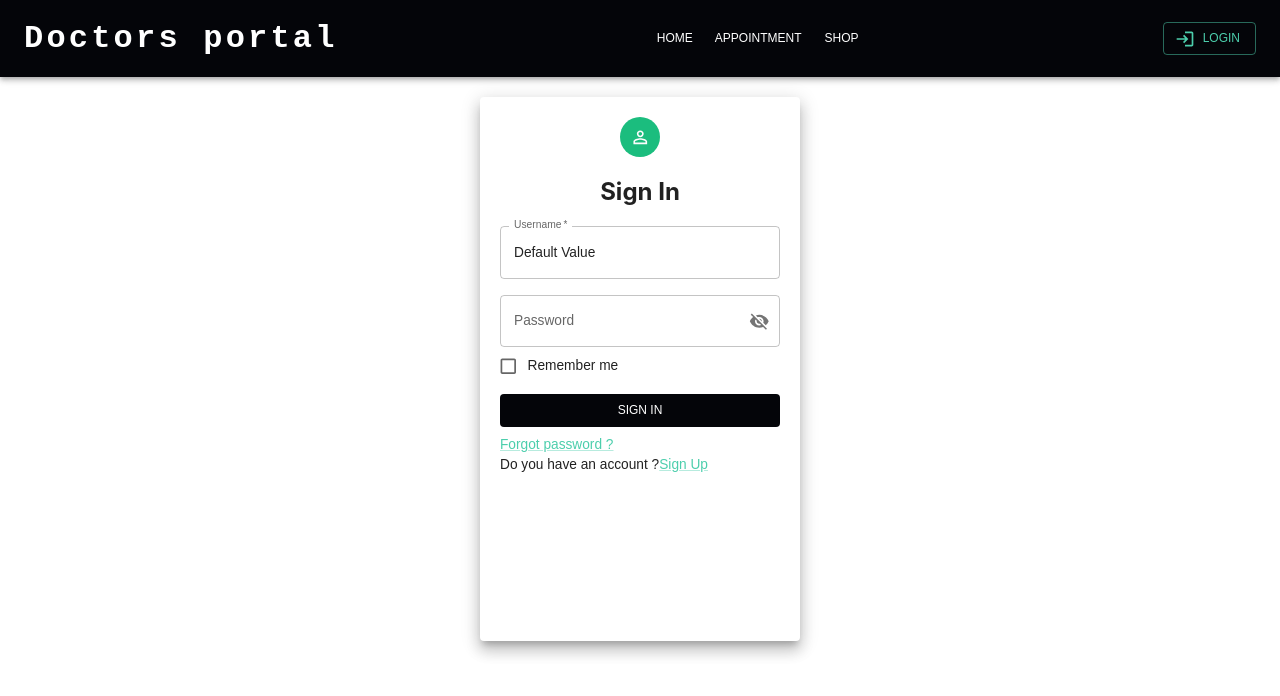
Repository: mdrubel02/health-care
Page: /login
These files come from the project's save history. The page is drawn as it stood at one moment and after the next save; the edit follows.
The browser window is 1280 px wide. The pictures show the whole page.
The project was rebuilt for these pictures with package versions that can differ from the ones it lists, and the page was loaded fresh each time. Also part of the build but not shown: src/Pages/Appointment/Appointment.js, src/Pages/Home/Banner/Banner.js, src/Pages/Home/Information/Information.js, src/Pages/Home/Services/Services.js, src/Pages/Home/Home.js, src/Animation/index.js, src/Styles/Product/index.js, src/Pages/Shop/ProductMeta.js and 4 more.

Above is the page before, as saved 2022-11-20 18:26:22.

### src/index.js
import React from 'react';
import ReactDOM from 'react-dom';
import './index.css';
import App from './App';
import reportWebVitals from './reportWebVitals';
import { ColorContextProvider } from './Theme/Theme';

ReactDOM.render(
  <React.StrictMode>
    <ColorContextProvider>
      <App />
    </ColorContextProvider>
  </React.StrictMode>,
  document.getElementById('root')
);

// If you want to start measuring performance in your app, pass a function
// to log results (for example: reportWebVitals(console.log))
// or send to an analytics endpoint. Learn more: https://bit.ly/CRA-vitals
reportWebVitals();

### src/App.js
import { RouterProvider } from 'react-router-dom';
import router from './Layout/router';

function App() {
  return (
    <div>
     <RouterProvider router={router}></RouterProvider>
    </div>
  );
}

export default App;

### src/Theme/Theme.js
import { createTheme, ThemeProvider } from "@mui/material";
import { createContext, useMemo, useState } from "react";

// color design tokens export
export const DrawerWidth = 250;
export const tokens = (mode) => ({
    ...(mode === "dark"
        ? {
            grey: {
                100: "#e0e0e0",
                200: "#c2c2c2",
                300: "#a3a3a3",
                400: "#858585",
                500: "#666666",
                600: "#525252",
                700: "#3d3d3d",
                800: "#292929",
                900: "#141414",
            },
            primary: {
                100: "#d0d1d5",
                200: "#a1a4ab",
                300: "#727681",
                400: "#1F2A40",
                500: "#141b2d",
                600: "#101624",
                700: "#0c101b",
                800: "#080b12",
                900: "#040509",
            },
            greenAccent: {
                100: "#dbf5ee",
                200: "#b7ebde",
                300: "#94e2cd",
                400: "#70d8bd",
                500: "#4cceac",
                600: "#3da58a",
                700: "#2e7c67",
                800: "#1e5245",
                900: "#0f2922",
            },
            redAccent: {
                100: "#f8dcdb",
                200: "#f1b9b7",
                300: "#e99592",
                400: "#e2726e",
                500: "#db4f4a",
                600: "#af3f3b",
                700: "#832f2c",
                800: "#58201e",
                900: "#2c100f",
            },
            blueAccent: {
                100: "#e1e2fe",
                200: "#c3c6fd",
                300: "#a4a9fc",
                400: "#868dfb",
                500: "#6870fa",
                600: "#535ac8",
                700: "#3e4396",
                800: "#2a2d64",
                900: "#151632",
            },
        }
        : {
            grey: {
                100: "#141414",
                200: "#292929",
                300: "#3d3d3d",
                400: "#525252",
                500: "#666666",
                600: "#858585",
                700: "#a3a3a3",
                800: "#c2c2c2",
                900: "#e0e0e0",
            },
            primary: {
                100: "#040509",
                200: "#080b12",
                300: "#0c101b",
                400: "#f2f0f0", // manually changed
                500: "#141b2d",
                600: "#1F2A40",
                700: "#727681",
                800: "#a1a4ab",
                900: "#d0d1d5",
            },
            greenAccent: {
                100: "#0f2922",
                200: "#1e5245",
                300: "#2e7c67",
                400: "#3da58a",
                500: "#4cceac",
                600: "#70d8bd",
                700: "#94e2cd",
                800: "#b7ebde",
                900: "#dbf5ee",
            },
            redAccent: {
                100: "#2c100f",
                200: "#58201e",
                300: "#832f2c",
                400: "#af3f3b",
                500: "#db4f4a",
                600: "#e2726e",
                700: "#e99592",
                800: "#f1b9b7",
                900: "#f8dcdb",
            },
            blueAccent: {
                100: "#151632",
                200: "#2a2d64",
                300: "#3e4396",
                400: "#535ac8",
                500: "#6870fa",
                600: "#868dfb",
                700: "#a4a9fc",
                800: "#c3c6fd",
                900: "#e1e2fe",
            },
        }),
});

// mui theme settings
export const themeSettings = (mode) => {
    const colors = tokens(mode);
    return {
        palette: {
            mode: mode,
            ...(mode === "dark"
                ? {
                    // palette values for dark mode
                    primary: {
                        main: colors.primary[500],
                    },
                    secondary: {
                        main: colors.greenAccent[500],
                    },
                    neutral: {
                        dark: colors.grey[700],
                        main: colors.grey[500],
                        light: colors.grey[100],
                    },
                    background: {
                        default: colors.primary[500],
                    },
                }
                : {
                    // palette values for light mode
                    primary: {
                        main: colors.primary[100],
                    },
                    secondary: {
                        main: colors.greenAccent[500],
                    },
                    neutral: {
                        dark: colors.grey[700],
                        main: colors.grey[500],
                        light: colors.grey[100],
                    },
                    background: {
                        default: "#fcfcfc",
                    },
                }),
        },
        components: {

            MuiButton: {
                defaultProps: {
                    disableRipple: true,
                    disableElevation: true,
                    styleOverrides: {
                        textDecoration: 'none',
                        "&:hover": {
                            color: "#fff"
                        }
                    },
                },
                MuiTooltip: {
                    defaultProps: {
                      arrow: true,
                    },
                    styleOverrides: {
                      tooltip: {
                        background: '',
                      },
                      arrow: {
                        color: '',
                      },
                    },
                  },
            },
            MuiDrawer: {
                styleOverrides: {
                  paper: {
                    width: DrawerWidth,
                    background: '',
                    color: '',
                    borderRadius: '0px 100px 0px 0px',
                    borderRight: `1px solid `
                  }
                }
              },
              MuiDivider: {
                styleOverrides: {
                  root: {
                    borderColor: 'gray'
                  }
                }
              },
        },
        typography: {
            fontFamily: ["Source Sans Pro", "sans-serif"].join(","),
            fontSize: 12,
            h1: {
                fontFamily: ["Source Sans Pro", "sans-serif"].join(","),
                fontSize: 40,
            },
            h2: {
                fontFamily: ["Source Sans Pro", "sans-serif"].join(","),
                fontSize: 32,
            },
            h3: {
                fontSize: '1.3rem',
                letterSpacing: '0rem',
                '@media (min-width:600px)': {
                  fontSize: '2rem',
                },
            },
            h4: {
                fontFamily: ["Source Sans Pro", "sans-serif"].join(","),
                fontSize: 20,
            },
            h5: {
                fontFamily: ["Source Sans Pro", "sans-serif"].join(","),
                fontSize: 16,
            },
            h6: {
                fontFamily: ["Source Sans Pro", "sans-serif"].join(","),
                fontSize: 14,
            },
        },
    };
};

export const ColorModeContext = createContext({
    toggleMode: () => { },
    mode: "light"
})


export const ColorContextProvider = ({ children }) => {
    const [mode, setMode] = useState("light")

    const colorMode = useMemo(() => ({
        toggleMode: () => setMode(prevMode => prevMode === "light" ? "dark" : "light"),
        mode
    }), [mode])
    const theme = useMemo(() => createTheme(themeSettings(mode)), [mode]);

    return (
        <ColorModeContext.Provider value={colorMode}>
            <ThemeProvider theme={theme}>
                {children}
            </ThemeProvider>
        </ColorModeContext.Provider>
    )
}

### src/Layout/router.js
import { createBrowserRouter } from "react-router-dom";
import Appointment from "../Pages/Appointment/Appointment";
import Home from "../Pages/Home/Home";
import Login from "../Pages/Login/Login";
import Shop from "../Pages/Shop/Shop";
import SingUp from "../Pages/SingUp/SingUp";
import Main from "./Main";


const router = createBrowserRouter([{
    path: '/',
    element: <Main/>,
    children: [
        {path: '/',element: <Home/>},
        {path: '/home',element: <Home/>},
        {path: '/appointment',element: <Appointment/>},
        {path: '/shop',element: <Shop/>},
        {path: '/login',element: <Login/>},
        {path: '/signUp',element: <SingUp/>},
    ]
}])
export default router;

### src/Pages/Login/Login.js
import React, { useState } from 'react';
import { Avatar, Button, Checkbox, FormControl, FormControlLabel, Grid, IconButton, InputAdornment, InputLabel, Link, OutlinedInput, Paper, styled, TextField, Typography } from '@mui/material';
import PersonOutlineIcon from '@mui/icons-material/PersonOutline';
import VisibilityOffIcon from '@mui/icons-material/VisibilityOff';
import VisibilityIcon from '@mui/icons-material/Visibility';
import { Link as RouterLink } from 'react-router-dom';



const LoginPaper = styled(Paper)(({ theme }) => ({
    padding: '20px',
    height: '70vh',
    width: '280px',
    margin: '20px auto',
    [theme.breakpoints.down("md")]: {
        height: '40vh',
        marginTop: '0.5rem'
    },
}));
const Login = () => {
    const [values, setValues] = useState({
        amount: '',
        password: '',
        weight: '',
        weightRange: '',
        showPassword: false,
    });
    const handleChange = (prop) => (event) => {
        setValues({ ...values, [prop]: event.target.value });
    };

    const handleClickShowPassword = () => {
        setValues({
            ...values,
            showPassword: !values.showPassword,
        });
    };

    const handleMouseDownPassword = (event) => {
        event.preventDefault();
    };

    // const paperStyle={padding :20,height:'70vh',width:280, margin:"20px auto"}
    const avatarStyle = { backgroundColor: '#1bbd7e' }
    const btnstyle = { margin: '8px 0' }
    return (
        <Grid>
            <LoginPaper elevation={10}
                sx={{ height: '70vh', width: '280px', margin: '20px auto' }}
            >
                <Grid align='center'>
                    <Avatar style={avatarStyle}><PersonOutlineIcon /></Avatar>
                    <h2>Sign In</h2>
                </Grid>
                <form>
                    <TextField color='secondary'
                        id="outlined-multiline-static"
                        label="Username"
                        defaultValue="Default Value"
                        sx={{ paddingBottom: '1rem' }}
                        placeholder='Enter username' fullWidth required />
                    <FormControl variant="outlined" fullWidth color='secondary'>
                        <InputLabel htmlFor="outlined-adornment-password">Password</InputLabel>
                        <OutlinedInput
                            id="outlined-adornment-password"
                            type={values.showPassword ? 'text' : 'password'}
                            value={values.password}
                            onChange={handleChange('password')}
                            endAdornment={
                                <InputAdornment position="end">
                                    <IconButton
                                        aria-label="toggle password visibility"
                                        onClick={handleClickShowPassword}
                                        onMouseDown={handleMouseDownPassword}
                                        edge="end"
                                    >
                                        {values.showPassword ? <VisibilityIcon /> : <VisibilityOffIcon />}
                                    </IconButton>
                                </InputAdornment>
                            }
                            label="Password"
                        />
                    </FormControl>
                    <FormControlLabel
                        control={
                            <Checkbox
                                name="checkedB"
                                color="secondary"
                            />
                        }
                        label="Remember me"
                    />
                    <Button type='submit' color='primary' variant="contained" style={btnstyle} fullWidth>Sign in</Button>
                </form>
                <Typography color={'secondary'}>
                    <Link href="#" color={'secondary'} >
                        Forgot password ?
                    </Link>
                </Typography>
                <Typography > Do you have an account ?
                    <Link component={RouterLink} to='/signUp' color={'secondary'}>
                        Sign Up
                    </Link>
                </Typography>
            </LoginPaper>
        </Grid>
    );
};

export default Login;

### src/Layout/Main.js
import React from 'react';
import { Outlet } from 'react-router-dom';
import Header from '../Pages/Header/Header';

const Main = () => {
    return (
        <div>
           <Header/>
           <Outlet/>

        </div>
    );
};

export default Main;

### src/Pages/Header/Header.js
import { AppBar, Avatar, Box, Button, Container, IconButton, Menu, MenuItem, Toolbar, Tooltip, Typography, useTheme } from '@mui/material';
import AdbIcon from '@mui/icons-material/Adb';
import MenuIcon from '@mui/icons-material/Menu';
import { Link as RouterLink } from 'react-router-dom';
import React, { useState } from 'react';
import { tokens } from '../../Theme/Theme';
// import { Link } from 'react-router-dom';
import LoginIcon from '@mui/icons-material/Login';
import './Header.css'


const settings = ['Profile', 'Account', 'Dashboard', 'Logout'];

const Header = () => {
    const theme = useTheme();
    const colors = tokens(theme.palette.mode);
    const [anchorElNav, setAnchorElNav] = useState(null);
    const [anchorElUser, setAnchorElUser] = useState(null);

    const items = <React.Fragment>
        <Button sx={{ color: 'white' }} component={RouterLink} to="/home">Home</Button>
        <Button sx={{ color: 'white' }} component={RouterLink} to="/appointment">Appointment</Button>
        <Button sx={{ color: 'white' }} component={RouterLink} to="/shop">Shop</Button>
    </React.Fragment>

    const handleOpenNavMenu = (event) => {
        setAnchorElNav(event.currentTarget);
    };
    const handleOpenUserMenu = (event) => {
        setAnchorElUser(event.currentTarget);
    };

    const handleCloseNavMenu = () => {
        setAnchorElNav(null);
    };

    const handleCloseUserMenu = () => {
        setAnchorElUser(null);
    };
    return (
        <AppBar position="static">
            <Container maxWidth="xl">
                <Toolbar disableGutters>

                    <Typography
                        variant="h3"
                        noWrap
                        component="a"
                        href="/"
                        sx={{
                            mr: 2,
                            display: { xs: 'none', md: 'flex' },
                            fontFamily: 'monospace',
                            fontWeight: 700,
                            letterSpacing: '.2rem',
                            color: 'inherit',
                            textDecoration: 'none',
                        }}
                    >
                        Doctors portal
                    </Typography>

                    <Box className='middle' sx={{ flexGrow: 1, display: { xs: 'flex', md: 'none' }, justifyContent: 'center' }}>
                        <IconButton
                            size="large"
                            aria-label="account of current user"
                            aria-controls="menu-appbar"
                            aria-haspopup="true"
                            onClick={handleOpenNavMenu}
                            color="inherit"
                        >
                            <MenuIcon />
                        </IconButton>
                        <Menu
                            id="menu-appbar"
                            anchorEl={anchorElNav}
                            anchorOrigin={{
                                vertical: 'bottom',
                                horizontal: 'left',
                            }}
                            keepMounted
                            transformOrigin={{
                                vertical: 'top',
                                horizontal: 'left',
                            }}
                            open={Boolean(anchorElNav)}
                            onClose={handleCloseNavMenu}
                            sx={{
                                display: { xs: 'block', md: 'none' },
                            }}
                        >

                            <MenuItem onClick={handleCloseNavMenu}>
                                <Typography variant="h5" sx={{ color: 'withe' }} textAlign="center">{items}</Typography>
                            </MenuItem>

                        </Menu>
                    </Box>

                    <Typography
                        variant="h3"
                        noWrap
                        component="a"
                        href=""
                        sx={{
                            mr: 2,
                            display: { xs: 'flex', md: 'none' },
                            flexGrow: 1,
                            fontFamily: 'monospace',
                            fontWeight: 700,
                            letterSpacing: '.3rem',
                            color: 'inherit',
                            textDecoration: 'none',
                        }}
                    >
                        Doctors portal
                    </Typography>
                    <Box sx={{ flexGrow: 1, display: { xs: 'none', md: 'flex' } }}>

                        <Button

                            onClick={handleCloseNavMenu}
                            sx={{ color: `${colors.grey[400]} !important`, my: 2, display: 'block' }}
                        >
                            {items}
                        </Button>

                    </Box>





                    <Box sx={{ flexGrow: 0 }}>
                        <Button
                            color='secondary'
                            variant="outlined" component={RouterLink} to='/signUp' startIcon={<LoginIcon />}>
                            Login
                        </Button>
                        {/* <Tooltip title="Open settings">
                            <IconButton onClick={handleOpenUserMenu} sx={{ p: 0 }}>
                                <Avatar alt="Remy Sharp" src="/static/images/avatar/2.jpg" />
                            </IconButton>
                        </Tooltip>
                        <Menu
                            sx={{ mt: '45px' }}
                            id="menu-appbar"
                            anchorEl={anchorElUser}
                            anchorOrigin={{
                                vertical: 'top',
                                horizontal: 'right',
                            }}
                            keepMounted
                            transformOrigin={{
                                vertical: 'top',
                                horizontal: 'right',
                            }}
                            open={Boolean(anchorElUser)}
                            onClose={handleCloseUserMenu}
                        >
                            {settings.map((setting) => (
                                <MenuItem key={setting} onClick={handleCloseUserMenu}>
                                    <Typography textAlign="center">{setting}</Typography>
                                </MenuItem>
                            ))}
                        </Menu> */}
                    </Box>
                </Toolbar>
            </Container>
        </AppBar>
    );
};

export default Header;

### src/Pages/Header/Header.css
.lip{
    color: white;
}
.css-1t6c9ts{
    justify-content: center;
}

Loaded but not shown: public/index.html (common file); src/index.css (common file); src/reportWebVitals.js (common file)

After the next save:
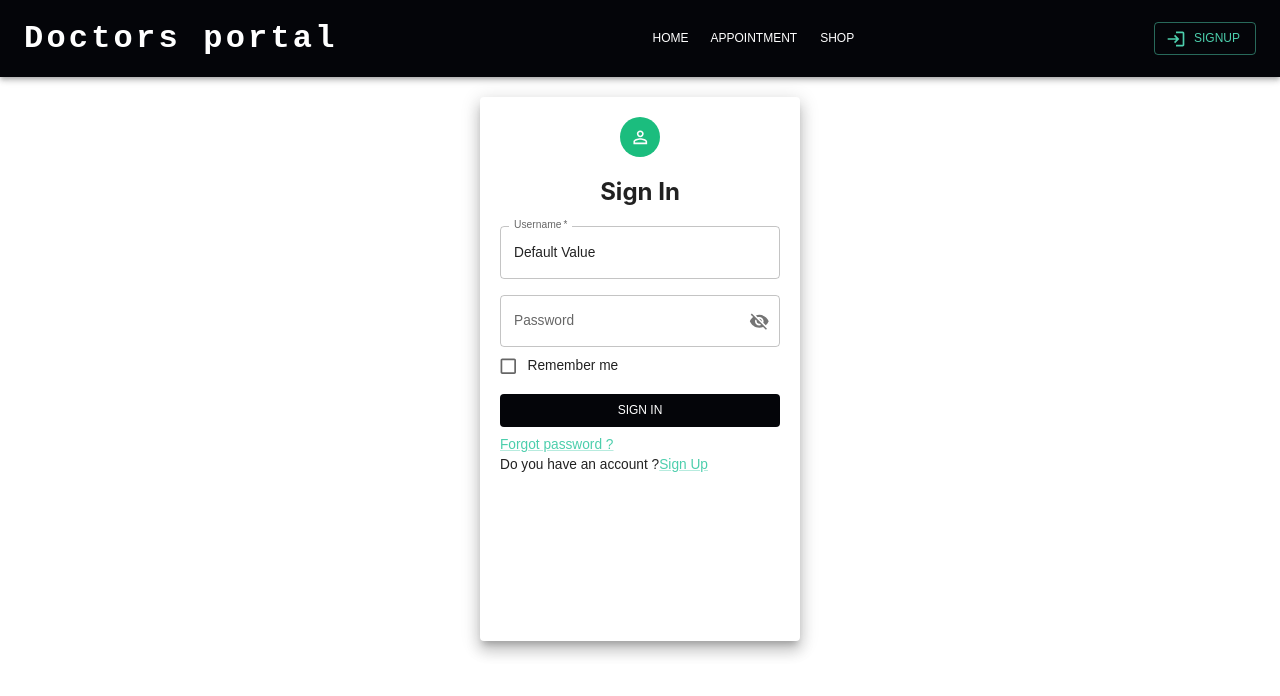
Saved 108 s later.
--- a/src/Pages/Header/Header.js
+++ b/src/Pages/Header/Header.js
@@ -135,7 +135,7 @@ const Header = () => {
                         <Button
                             color='secondary'
                             variant="outlined" component={RouterLink} to='/signUp' startIcon={<LoginIcon />}>
-                            Login
+                            SignUp
                         </Button>
                         {/* <Tooltip title="Open settings">
                             <IconButton onClick={handleOpenUserMenu} sx={{ p: 0 }}>
